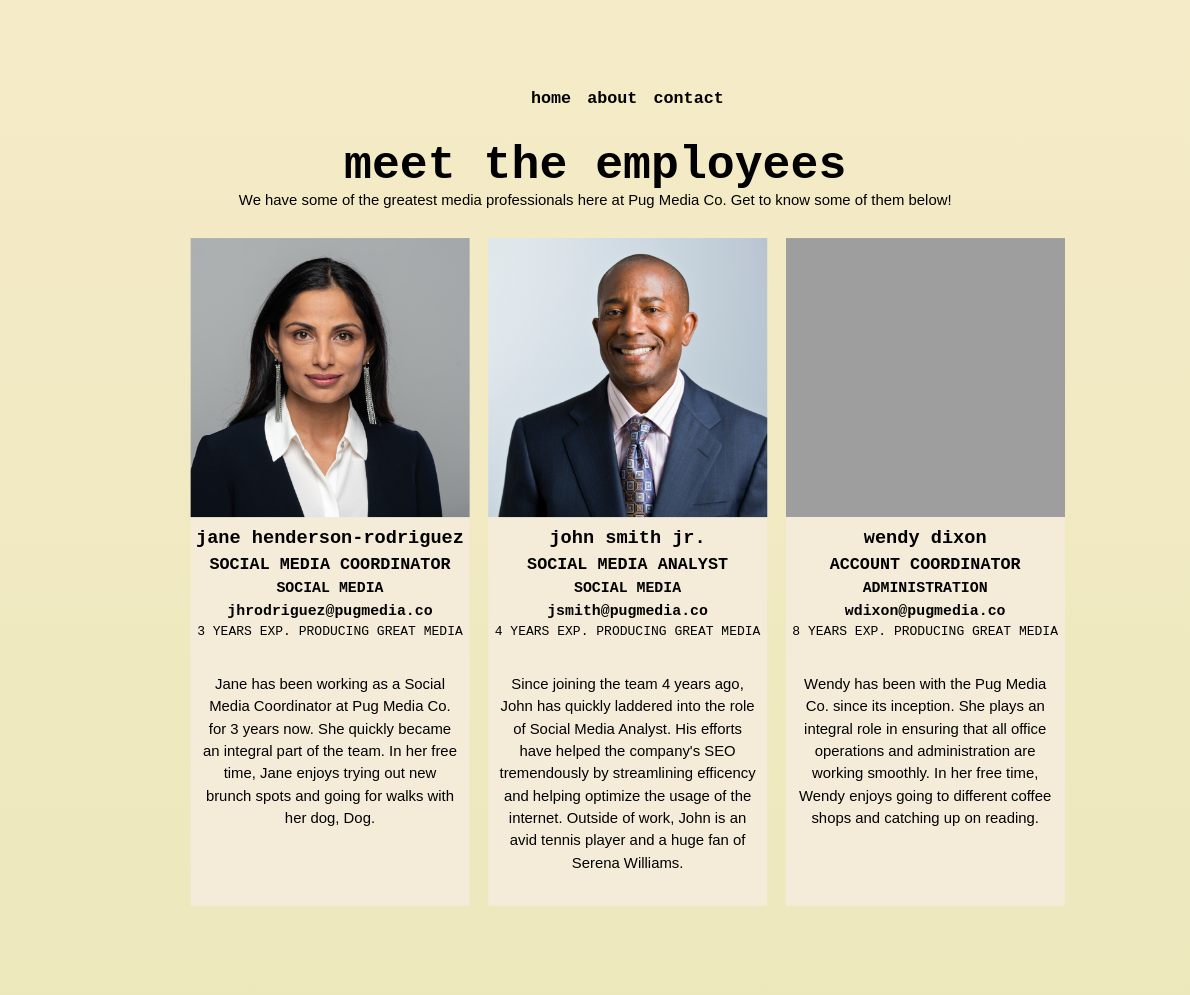
Repository: cheungglenda/MDIA2109-Week3
Page: /about
The author's editor kept a copy of each file at every save. The page is drawn from the files as they stood at one save, then again after the next save.
The browser window is 1280 px wide. The pictures show the whole page, at 93% of full size.
Pictures or frames that could not be fetched are drawn as grey boxes. The project was rebuilt for these pictures with package versions that can differ from the ones it lists, and the page was loaded fresh each time. The framework's server and built-in components were replaced by stand-ins that run in the browser. Also part of the build but not shown: next.config.js.

Above is the page before, as saved 2023-01-20 13:14:32.

After the next save:
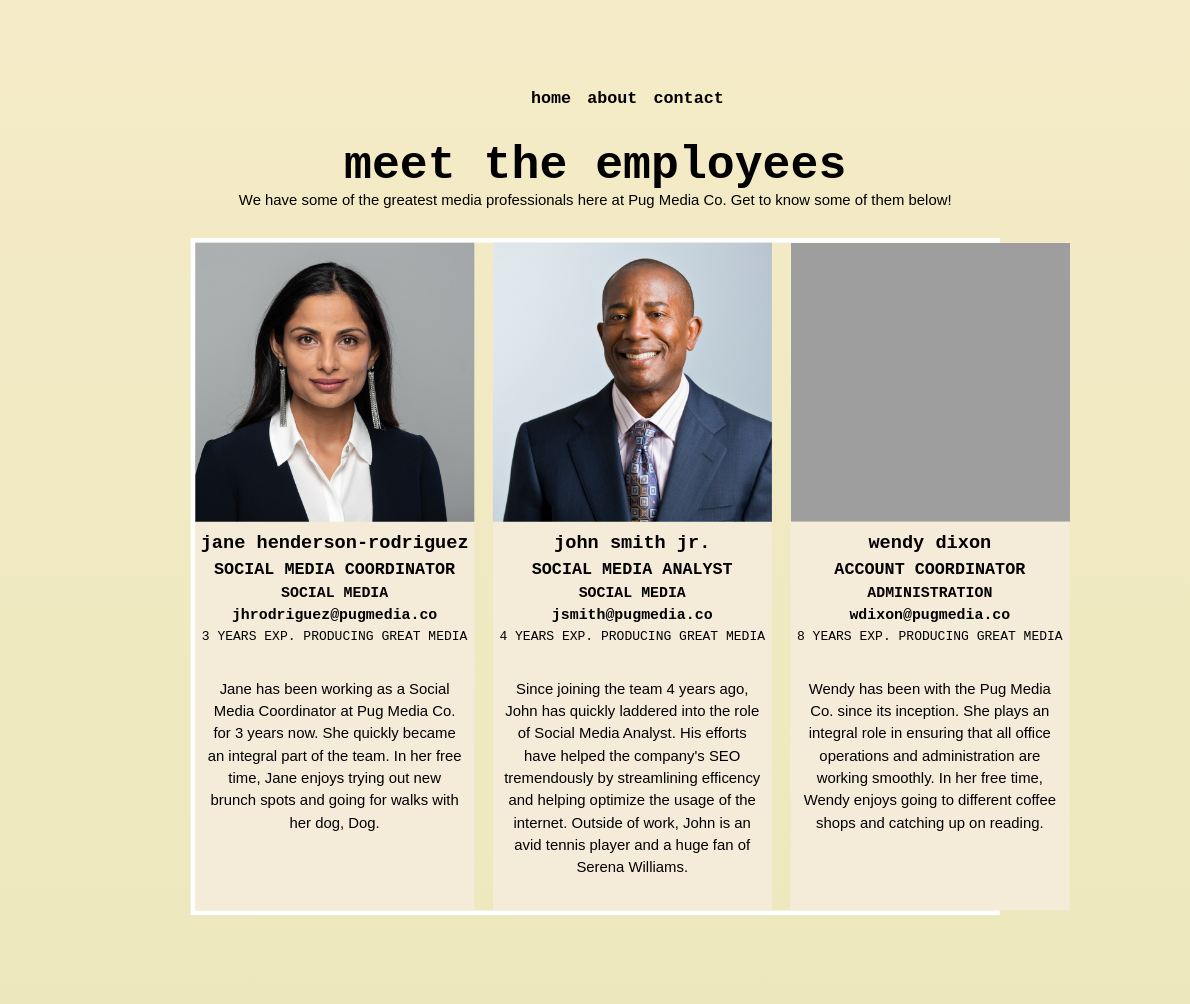
Saved 2 min 7 s later.
--- a/styles/Home.module.css
+++ b/styles/Home.module.css
@@ -116,6 +116,7 @@
   width: 80%;
   text-align:center;
   font-family:'Courier New', Courier, monospace;
+  border:5px solid white;
 }
 
 .titleDesc {

After the save that followed:
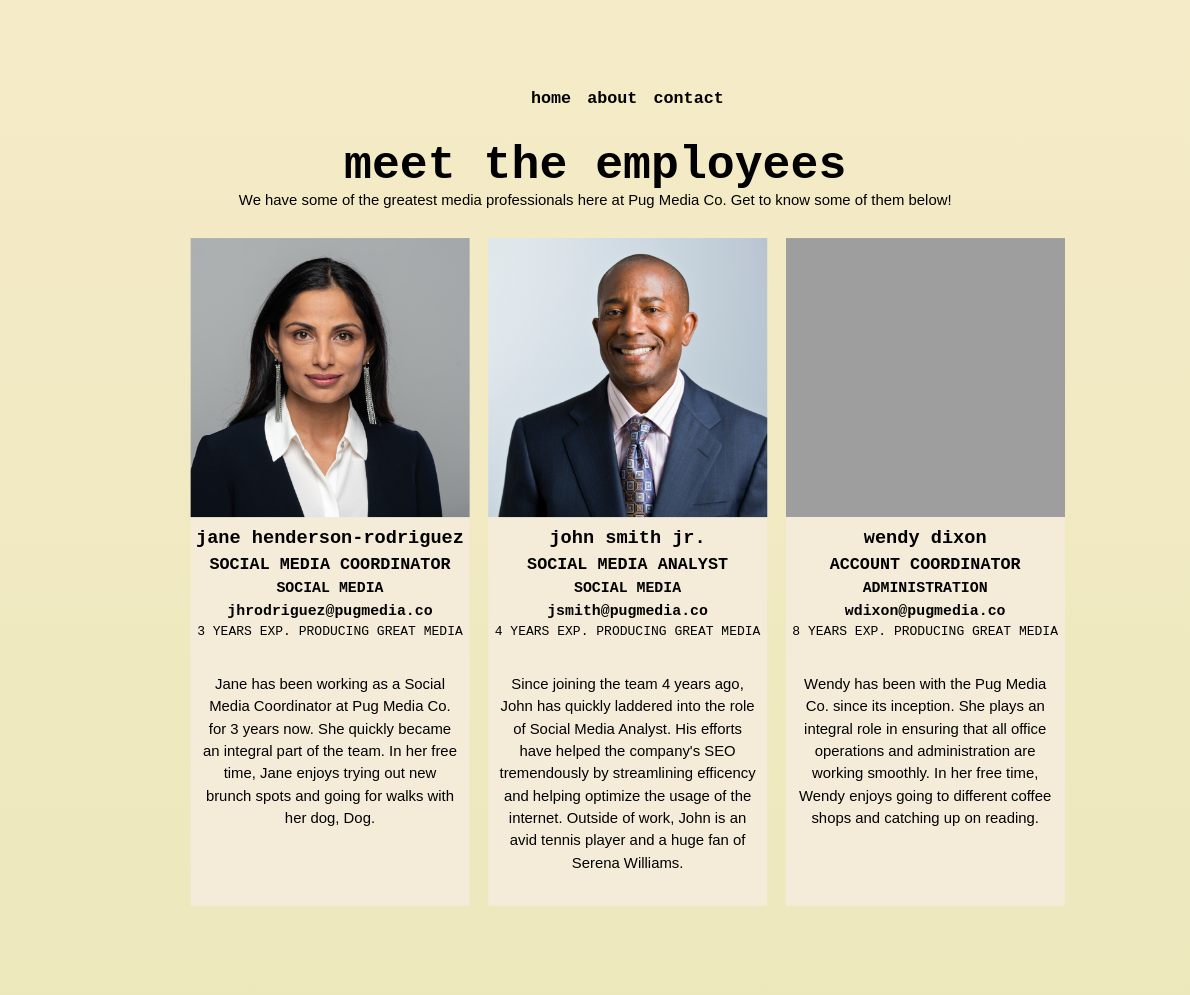
Saved 9 s later.
--- a/styles/Home.module.css
+++ b/styles/Home.module.css
@@ -116,7 +116,6 @@
   width: 80%;
   text-align:center;
   font-family:'Courier New', Courier, monospace;
-  border:5px solid white;
 }
 
 .titleDesc {
